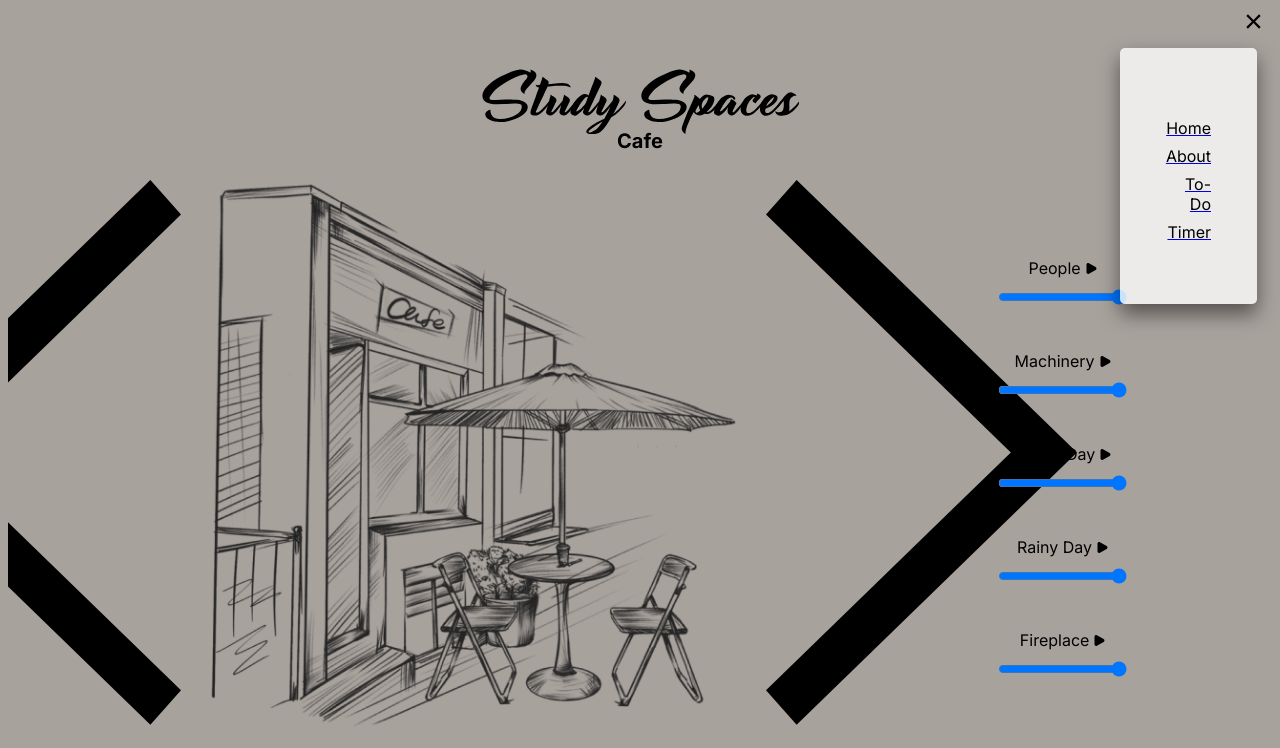
Repository: kaitlynlie/studyspaces
Page: / (app in studyspaces/), after clicking the first element matching `svg`
The author's editor kept a copy of each file at every save. The page is drawn from the files as they stood at one save, then again after the next save.
The browser window is 1280 px wide. The pictures show the whole page.
The project was rebuilt for these pictures with package versions that can differ from the ones it lists, and the page was loaded fresh each time. Also part of the build but not shown: studyspaces/vite.config.ts. Imported but missing from the stored project, and not drawn on this page: studyspaces/src/audio/fireplace.wav, studyspaces/src/audio/people.wav, studyspaces/src/audio/rain.wav, studyspaces/src/audio/softmachinery.mp3, studyspaces/src/audio/sun.wav.

Above is the page before, as saved 2023-09-28 11:01:56.

After the next save:
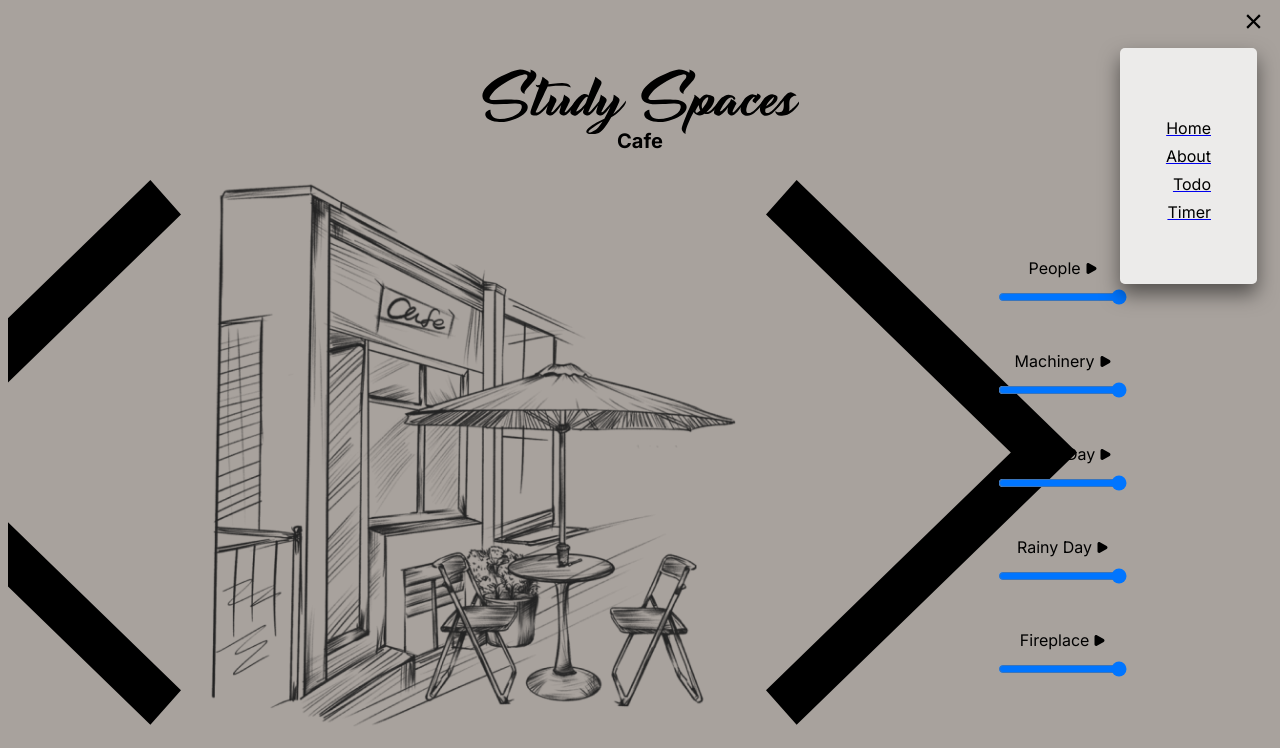
Saved 21 s later.
--- a/studyspaces/src/pages/Navbar.tsx
+++ b/studyspaces/src/pages/Navbar.tsx
@@ -44,7 +44,7 @@ const Navbar = () => {
             <ul className={clsx(styles.dropdown)}>
             <Link onClick={openNav} to='/'><li><a>Home</a></li></Link>
             <Link onClick={openNav} to='/about'><li><a>About</a></li></Link>
-            <Link onClick={openNav} to='/membership'><li><a>To-Do</a></li></Link>
+            <Link onClick={openNav} to='/membership'><li><a>Todo</a></li></Link>
             <Link onClick={openNav} to='/faq'><li><a>Timer</a></li></Link>
             </ul>
           </div>
